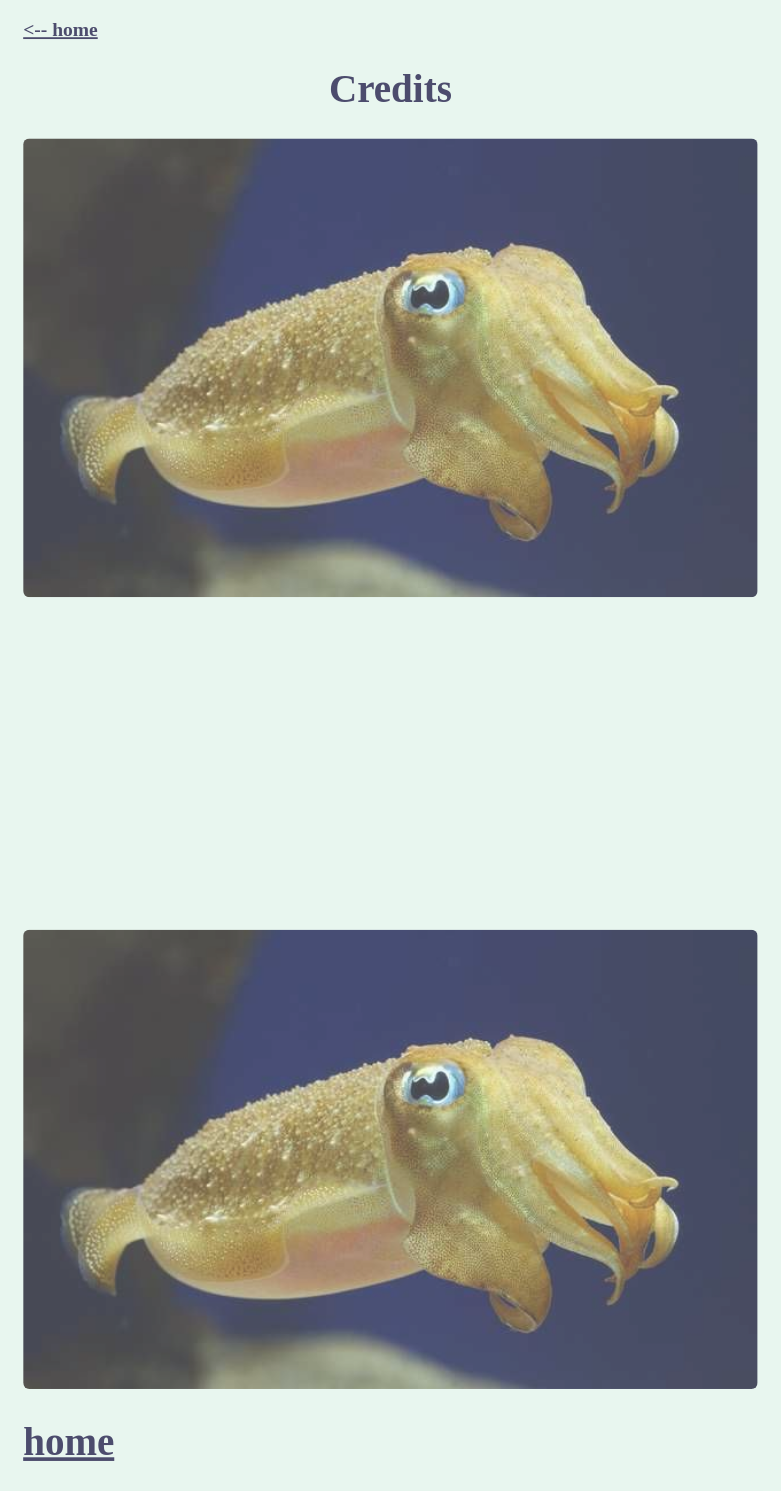
Repository: neomort/comm-lab-vid-site
Page: links.html
The author's editor kept a copy of each file at every save. The page is drawn from the files as they stood at one save, then again after the next save.
The browser window is 1280 px wide. The pictures show the whole page, at 61% of full size.

Above is the page before, as saved 2021-09-23 16:37:03.

After the next save:
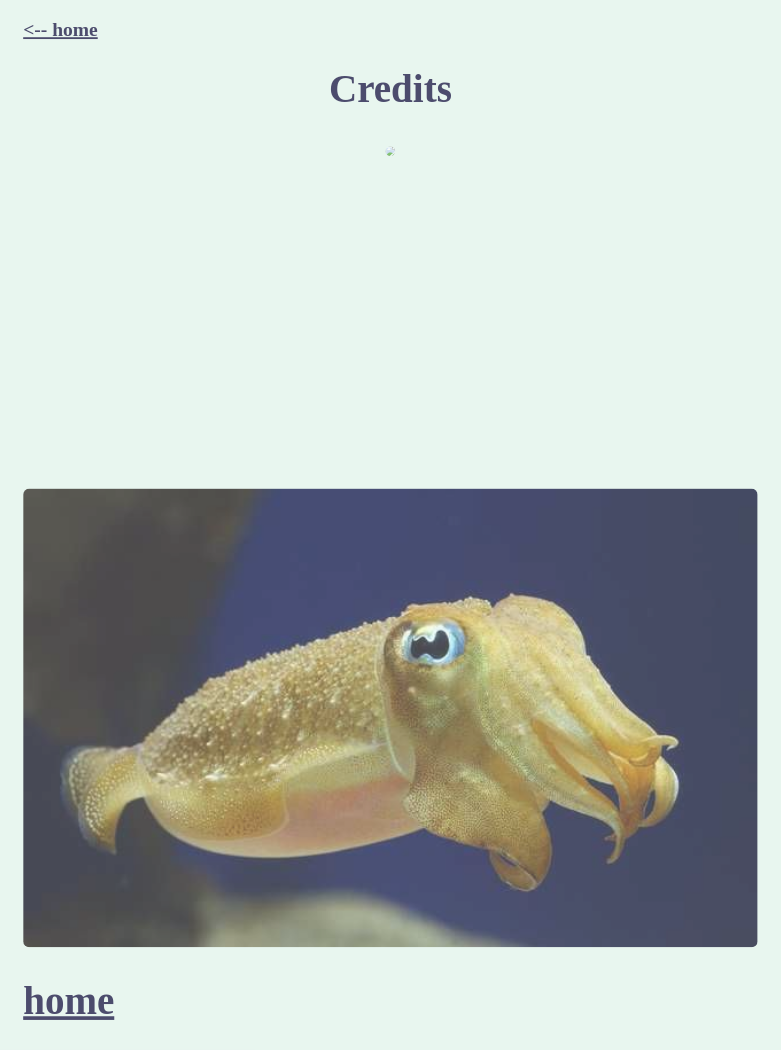
Not found: images/twine.jpg
Saved 2 min 14 s later.
--- a/links.html
+++ b/links.html
@@ -18,8 +18,8 @@
       <div class="row">
         <a class="bar" href="watch.html">
          <div class="container bar">
-          <img class="image-1" src="images/cuddle.jpg" />
-          <H1 class="font centered-text text-light show">Creators</H1>
+          <img class="image-1" src="images/twine.jpg" />
+          <H1 class="font centered-text text-dark show">Creators</H1>
           <div class="row">
                     <div class="column text-dark show">
                      <img class="image-3" src="images/maaz.jpeg" />

After the 2 saves that followed:
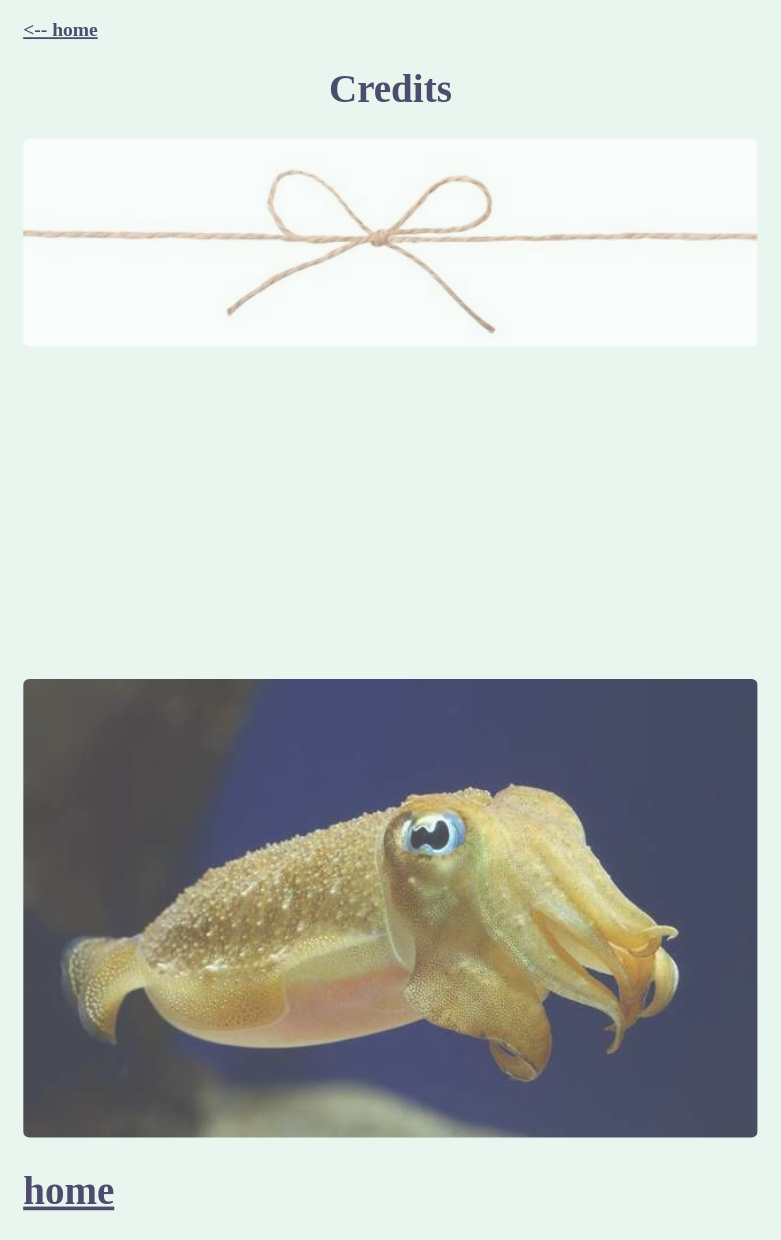
The 2 saves are shown as one change because 1 left the picture as it was.
The last was saved 80 s later.
--- a/links.html
+++ b/links.html
@@ -18,7 +18,7 @@
       <div class="row">
         <a class="bar" href="watch.html">
          <div class="container bar">
-          <img class="image-1" src="images/twine.jpg" />
+          <img class="image-1" src="images/twine.jpeg" />
           <H1 class="font centered-text text-dark show">Creators</H1>
           <div class="row">
                     <div class="column text-dark show">
@@ -46,7 +46,7 @@
         <div class="container">
           <img class="image-1" src="images/cuddle.jpg" />
           <H1 class="font centered-text text-light show">Other links</H1>
-          <H2 class="font centered-text-2 text-light show">Nothing Here Yet...</H2>
+          <H2 class="font centered-text-2 text-light show">Click to watch again!</H2>
         </div>
       </a>
       </div>
